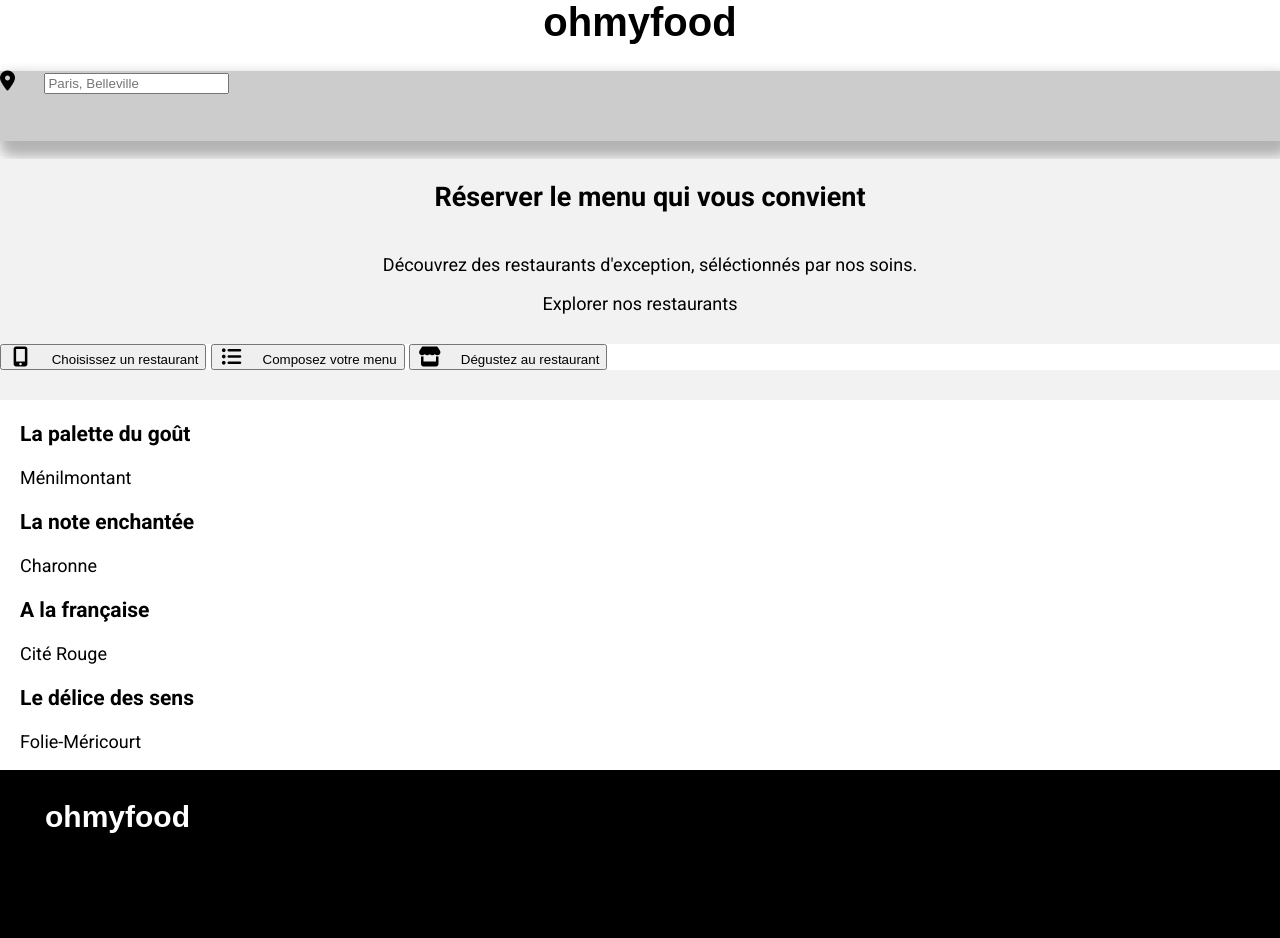
Repository: lysianebo/OHMYFOOD
Page: index.html
These files come from the project's save history. The page is drawn as it stood at one moment and after the next save; the edit follows.
The browser window is 1280 px wide. The pictures show the whole page.
Some web fonts or font styles are not loaded; a fallback is used. Some web libraries are served in a nearby version.

Above is the page before, as saved 2022-10-20 14:12:42.

### index.html
<html>
    <!DOCTYPE html>
    <html lang="fr">
    <head>
        <meta charset="UTF-8">
        <meta http-equiv="X-UA-Compatible" content="IE=edge">
        <meta name="viewport" content="width=device-width, initial-scale=1.0">
        <!-- <link rel="preconnect" href="https://fonts.googleapis.com">
        <link rel="preconnect" href="https://fonts.gstatic.com" crossorigin>
        <link href="https://fonts.googleapis.com/css2?family=Roboto:wght@400;500;700;900&family=Shrikhand&display=swap" rel="stylesheet"> -->
        <!-- <link rel="stylesheet" href="https://cdnjs.cloudflare.com/ajax/libs/font-awesome/6.1.2/css/all.css"> -->
        <!-- <link rel="stylesheet" href="css/normalize.css" /> -->
        <link rel="stylesheet" href="public/css/main.css"/>
        <!-- <link rel="stylesheet" href="css/media.css" /> -->
        <title>Ohmyfood</title>

    </head>
    <body>

    <header>
        <main>        <h1>ohmyfood</h1>




        <form class="rechercher">

				<div class="rechercher">
					<i class="fas fa-map-marker-alt"></i>
					<input type="text" id="Ville" name="Ville" placeholder="Paris, Belleville">
				</div>
        </form>
    </header>
    <div class="Introduction">

        <h2>Réserver le menu qui vous convient</h2>
        <p>Découvrez des restaurants d'exception, séléctionnés par nos soins.</p>
        <btn class="button_pink">Explorer nos restaurants</btn>
    </div>
    <div class="grid__fonctionnement">

        <button class="btn_grey">
             <i class="fa-solid fa-mobile-screen-button"></i>
             Choisissez un restaurant
        </button>
        <button class="btn_grey">
            <i class="fa-solid fa-list-dots"></i>
            Composez votre menu
        </button>
        <button class="btn_light-pink">
            <i class="fa-solid fa-store"></i>
            Dégustez au restaurant
        </button>
     </div>
<div class="Liste_Restaurants"></div>
    <div class="Restaurant">
        <h3>La palette du goût</h3>
        <p>Ménilmontant</p>
    </div>
    <div class="Restaurant">
        <h3>La note enchantée</h3>
        <p>Charonne</p>
    </div>
<div class="Restaurant">
    <h3>A la française</h3>
<p>Cité Rouge</p>
</div>
<div class="Restaurant">
    <h3>Le délice des sens</h3>
<p>Folie-Méricourt</p>
</div>

<footer>
    <h4>ohmyfood</h4>
    <ul>
        <li>Proposer un restaurant</li>
        <li>Devenir partenaire</li>
        <li>Mention légales</li>
        <li>Contact</li>
    </ul>
</footer>
</body>
</html>

### public/css/main.css
@import url("https://fonts.googleapis.com/css2?family=Roboto:wght@400;500;700;900&display=swap");
@import url("https://fonts.googleapis.com/css2?family=Shrikhand&display=swap");
@import url("https://cdnjs.cloudflare.com/ajax/libs/font-awesome/6.1.2/css/all.css");
body {
  font-family: Roboto, sans-serif;
  font-size: 18px;
  margin: 0;
  padding: 0;
}

h1 {
  font-family: Shrikhand, sans-serif;
  font-size: 40px;
  font-weight: 700;
  line-height: 1.1;
  text-align: center;
}

h2, h3, p {
  padding-left: 20px;
}

h4 {
  font-family: Shrikhand, sans-serif;
  font-size: 30px;
}

i {
  font-family: Font Awesome 6 Free;
  font-size: 20px;
  margin-right: 15px;
  width: 25px;
}

ul {
  list-style-type: none;
  text-decoration: none;
}

a {
  text-decoration: none;
  color: #000;
}

span {
  font-family: Roboto, sans-serif;
  font-size: 50px;
}

h5 {
  text-transform: uppercase;
}

main .rechercher {
  background-color: #CCC;
  height: 70px;
  box-shadow: 5px 10px 15px 2px #b3b3b3;
}

.Introduction, .Liste_restaurants {
  background-color: #f2f2f2;
  padding-bottom: 30px;
}

.Introduction {
  background-color: #f2f2f2;
  text-align: center;
  display: block;
  margin-left: auto;
  margin-right: auto;
}

.fonctionnement {
  height: 350px;
  justify-content: space-evenly;
  display: flex;
  flex-direction: column;
  justify-content: center;
  align-items: center;
  padding-bottom: 30px;
}

footer {
  background-color: #000000;
}
footer h4 {
  margin: 0;
  padding: 30px 0px 0px 45px;
  color: #FFFFFF;
}
footer ul {
  padding-top: 0px;
  padding-bottom: 20px;
  margin: 0%;
}
footer a {
  text-decoration: none;
  color: #FFFFFF;
}

.Introduction, .Liste_restaurants {
  background-color: #f2f2f2;
  display: flex;
  flex-direction: column;
  justify-content: space-between;
}

.card_restaurant {
  background-color: #FFFFFF;
  margin: 2% auto;
  position: relative;
  width: 90%;
  box-shadow: rgba(0, 0, 0, 0.35) 0px 5px 15px;
  border-radius: 15px;
  padding: 10px;
}
.card_restaurant h3, .card_restaurant p {
  margin: 0;
}
.card_restaurant img {
  width: 98%;
  height: 200px;
  object-fit: cover;
  border-radius: 15px;
  display: block;
  margin-left: auto;
  margin-right: auto;
  padding: 10px;
}
.card_restaurant .green_card {
  background-color: #99E2D0;
  position: absolute;
  right: 10%;
  top: 15%;
  padding: 10px;
}
.card_restaurant i {
  float: right;
}


/*# sourceMappingURL=main.css.map */

After the next save:
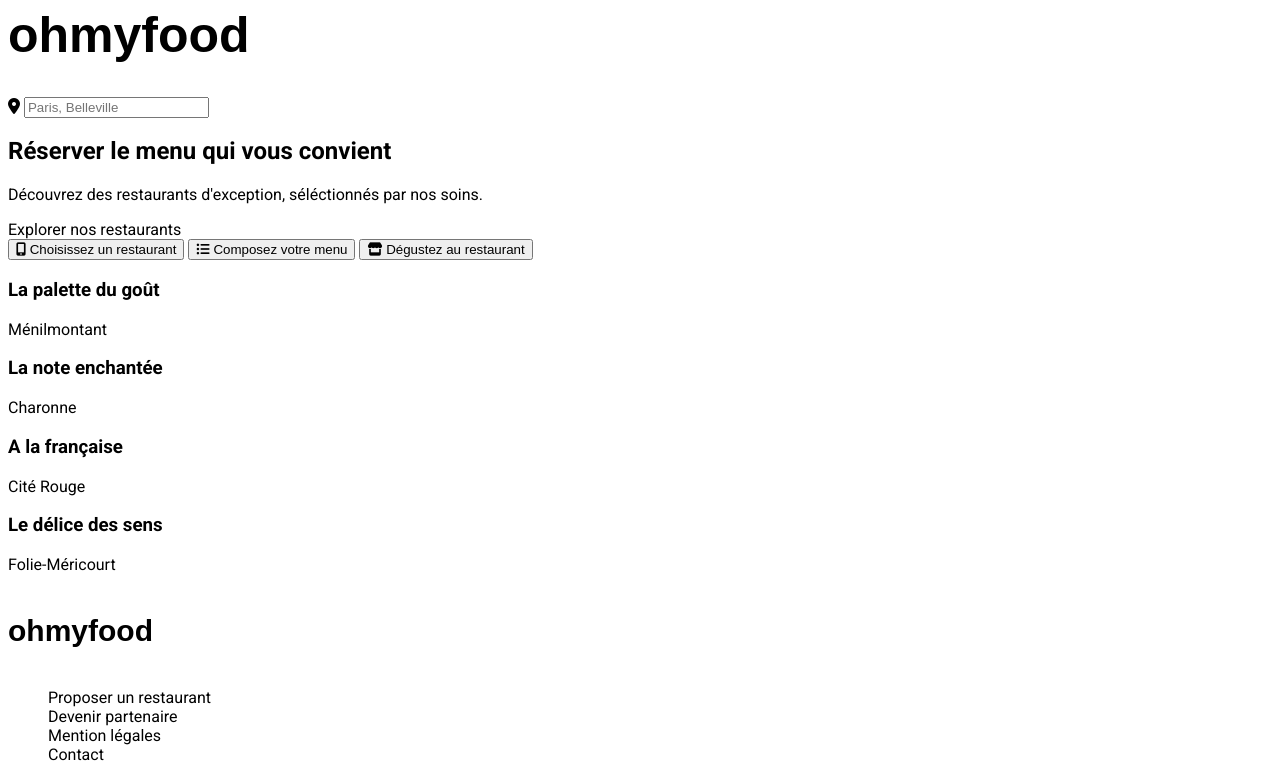
Saved 9 min 51 s later.
--- a/public/css/main.css
+++ b/public/css/main.css
@@ -3,21 +3,14 @@
 @import url("https://cdnjs.cloudflare.com/ajax/libs/font-awesome/6.1.2/css/all.css");
 body {
   font-family: Roboto, sans-serif;
-  font-size: 18px;
-  margin: 0;
-  padding: 0;
+  font-size: 16px;
 }
 
 h1 {
   font-family: Shrikhand, sans-serif;
-  font-size: 40px;
+  font-size: 50px;
   font-weight: 700;
   line-height: 1.1;
-  text-align: center;
-}
-
-h2, h3, p {
-  padding-left: 20px;
 }
 
 h4 {
@@ -25,21 +18,9 @@
   font-size: 30px;
 }
 
-i {
-  font-family: Font Awesome 6 Free;
-  font-size: 20px;
-  margin-right: 15px;
-  width: 25px;
-}
-
 ul {
   list-style-type: none;
   text-decoration: none;
-}
-
-a {
-  text-decoration: none;
-  color: #000;
 }
 
 span {
@@ -47,96 +28,4 @@
   font-size: 50px;
 }
 
-h5 {
-  text-transform: uppercase;
-}
-
-main .rechercher {
-  background-color: #CCC;
-  height: 70px;
-  box-shadow: 5px 10px 15px 2px #b3b3b3;
-}
-
-.Introduction, .Liste_restaurants {
-  background-color: #f2f2f2;
-  padding-bottom: 30px;
-}
-
-.Introduction {
-  background-color: #f2f2f2;
-  text-align: center;
-  display: block;
-  margin-left: auto;
-  margin-right: auto;
-}
-
-.fonctionnement {
-  height: 350px;
-  justify-content: space-evenly;
-  display: flex;
-  flex-direction: column;
-  justify-content: center;
-  align-items: center;
-  padding-bottom: 30px;
-}
-
-footer {
-  background-color: #000000;
-}
-footer h4 {
-  margin: 0;
-  padding: 30px 0px 0px 45px;
-  color: #FFFFFF;
-}
-footer ul {
-  padding-top: 0px;
-  padding-bottom: 20px;
-  margin: 0%;
-}
-footer a {
-  text-decoration: none;
-  color: #FFFFFF;
-}
-
-.Introduction, .Liste_restaurants {
-  background-color: #f2f2f2;
-  display: flex;
-  flex-direction: column;
-  justify-content: space-between;
-}
-
-.card_restaurant {
-  background-color: #FFFFFF;
-  margin: 2% auto;
-  position: relative;
-  width: 90%;
-  box-shadow: rgba(0, 0, 0, 0.35) 0px 5px 15px;
-  border-radius: 15px;
-  padding: 10px;
-}
-.card_restaurant h3, .card_restaurant p {
-  margin: 0;
-}
-.card_restaurant img {
-  width: 98%;
-  height: 200px;
-  object-fit: cover;
-  border-radius: 15px;
-  display: block;
-  margin-left: auto;
-  margin-right: auto;
-  padding: 10px;
-}
-.card_restaurant .green_card {
-  background-color: #99E2D0;
-  position: absolute;
-  right: 10%;
-  top: 15%;
-  padding: 10px;
-}
-.card_restaurant i {
-  float: right;
-}
-
-
 /*# sourceMappingURL=main.css.map */
